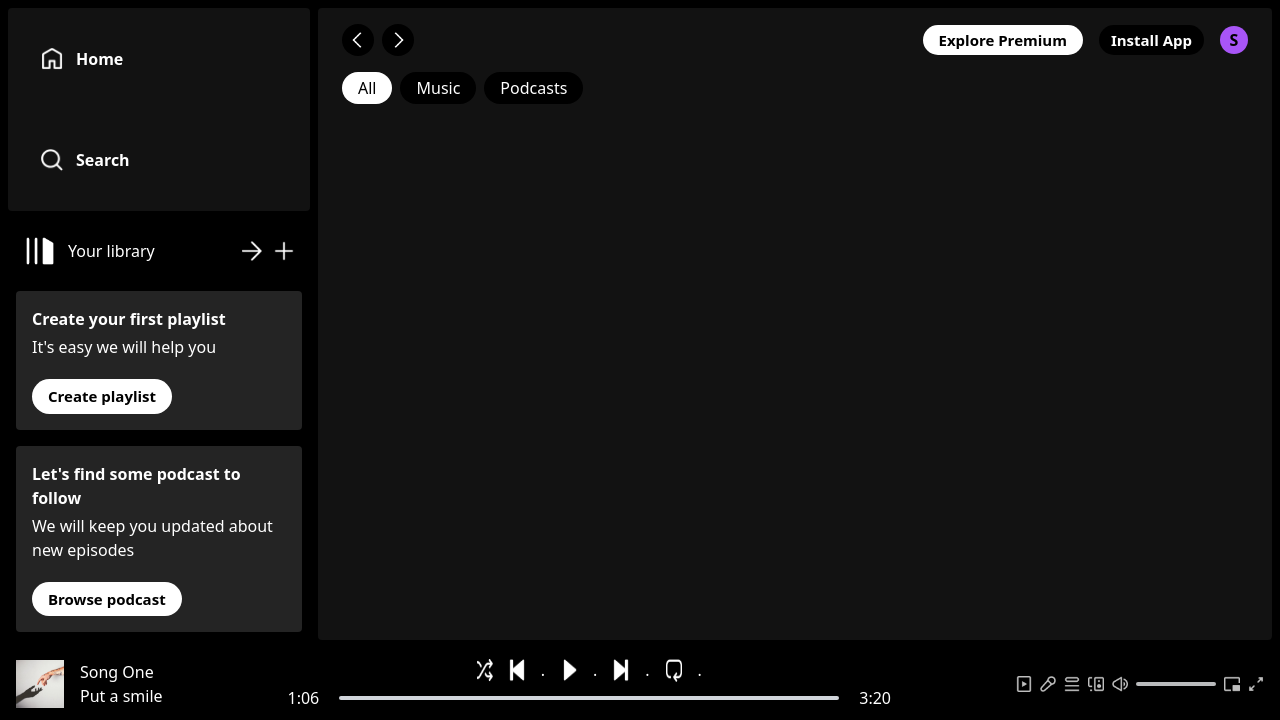
Repository: duttasayan835/Spotify_clone
Page: /
The author's editor kept a copy of each file at every save. The page is drawn from the files as they stood at one save, then again after the next save.
The browser window is 1280 px wide. The pictures show the whole page.
An inner scrolling area shows only its first screen. The project was rebuilt for these pictures with package versions that can differ from the ones it lists, and the page was loaded fresh each time. Also part of the build but not shown: vite.config.js. Imported but missing from the stored project, and not drawn on this page: src/assets/song1.mp3, src/assets/song2.mp3, src/assets/song3.mp3.

Above is the page before, as saved 2024-08-09 23:40:04.

After the next save:
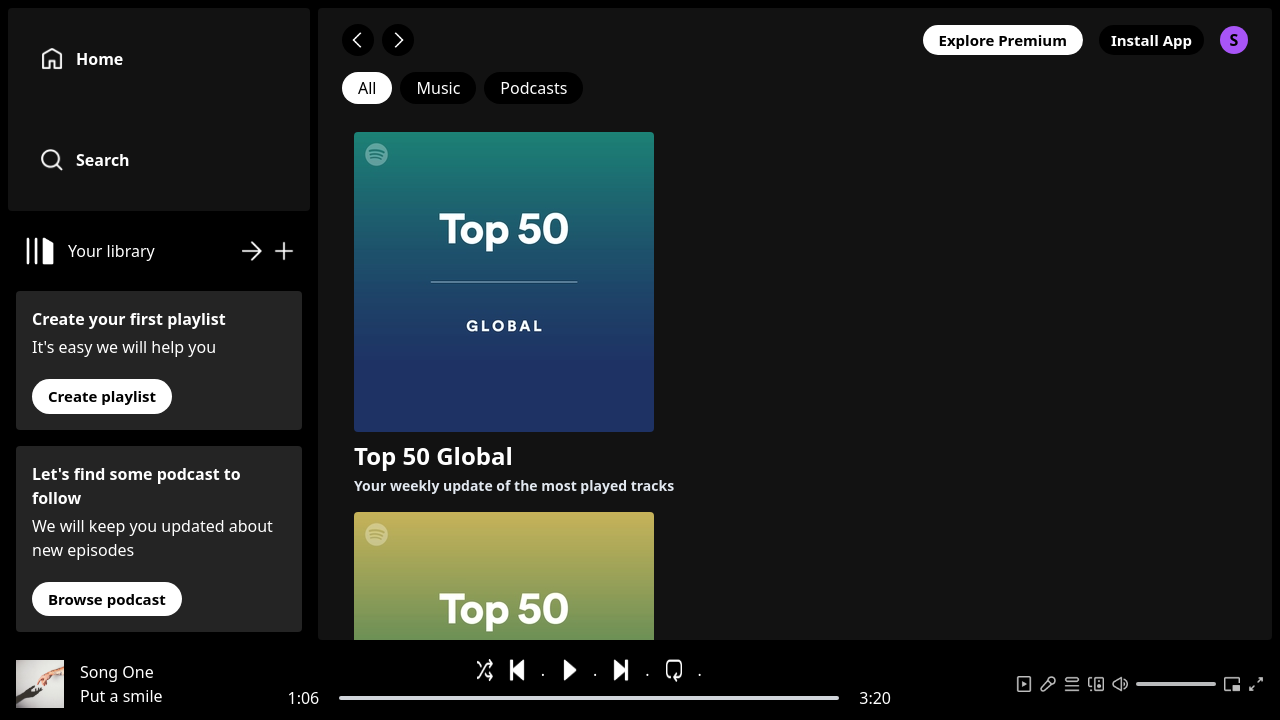
Saved 104 s later.
--- a/src/Components/DisplayHome.jsx
+++ b/src/Components/DisplayHome.jsx
@@ -9,7 +9,13 @@
       <Navbar />
       <div className="my-5 text-2xl font-bold ">
         {albumsData.map((item, index) => (
-          <AlbumItem />
+          <AlbumItem
+            key={index}
+            name={item.name}
+            desc={item.desc}
+            id={item.id}
+            image={item.image}
+          />
         ))}
       </div>
     </>
